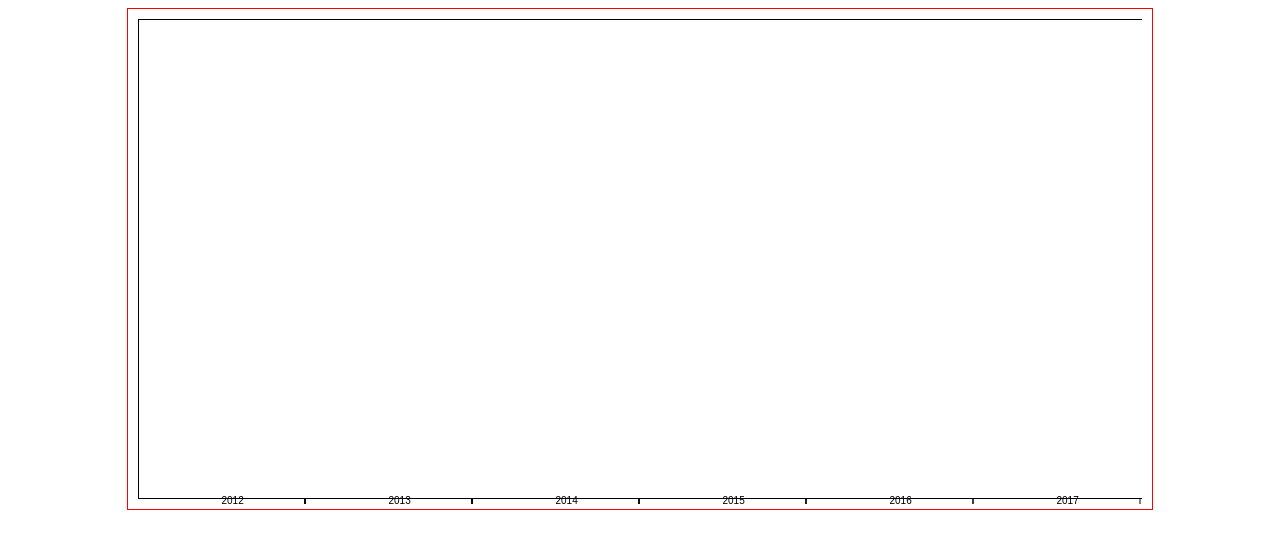
Repository: cw19931024/Demo
Page: canvas.html
An editor plug-in stored every save of this project. The page is shown before and after the next save, followed by the edit.
The browser window is 1280 px wide. The pictures show the whole page.

Above is the page before, as saved 2017-07-27 14:03:26.

After the next save:
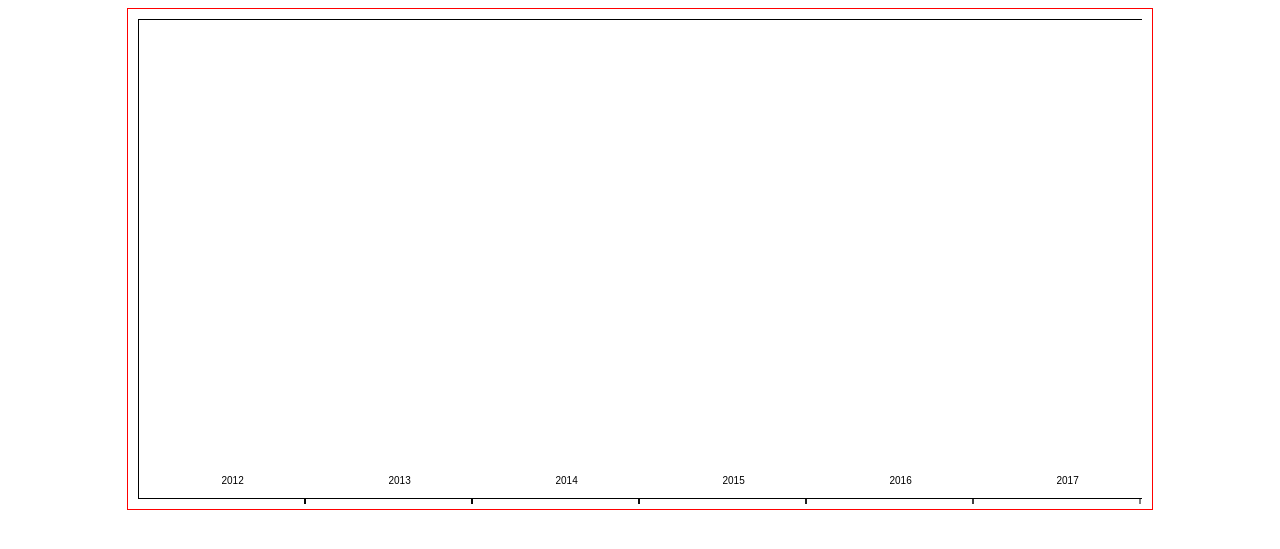
Saved 6 s later.
--- a/canvas.html
+++ b/canvas.html
@@ -57,7 +57,7 @@
         context.moveTo(padding + xlen, height - padding);
         context.lineTo(padding + xlen, height - padding + 5);
         context.stroke();                                       // 画轴线上的刻度
-        context.fillText(xAxis, padding + xlen - xLength / 2, height - padding +5);   // 填充文字
+        context.fillText(xAxis, padding + xlen - xLength / 2, height - padding-15);   // 填充文字
     }
 
     function Edit(type,data){
